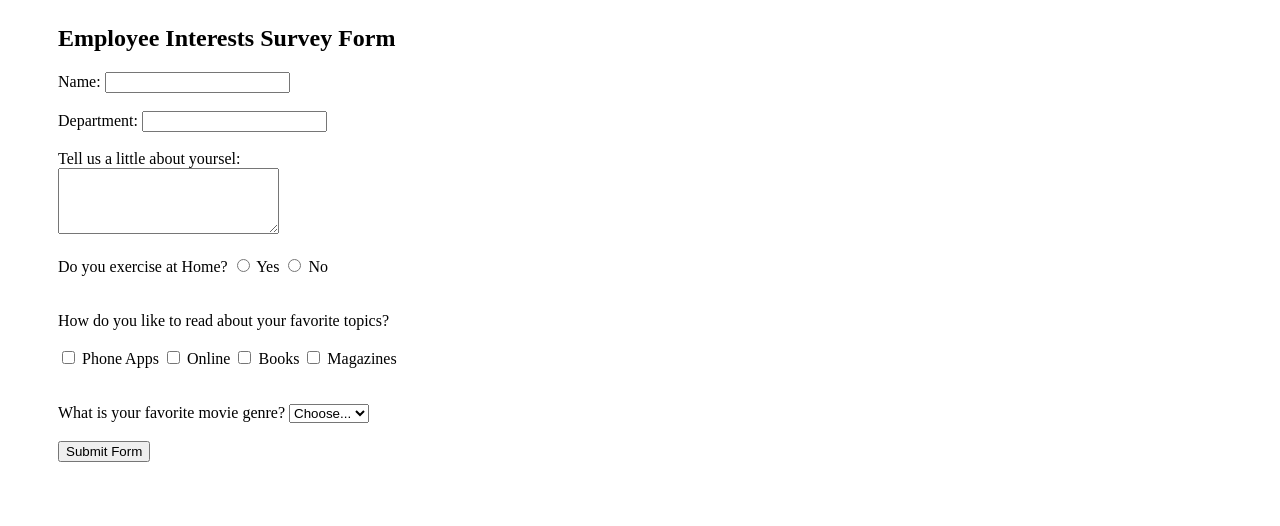
Repository: JoaoLemesDEV/Exercise-Survey-Form
Page: index.html
The author's editor kept a copy of each file at every save. The page is drawn from the files as they stood at one save, then again after a run of saves.
The browser window is 1280 px wide. The pictures show the whole page.

Above is the page before, as saved 2021-10-10 18:47:38.

### index.html
<!DOCTYPE html>
<html lang="en">
  <head>
    <meta charset="UTF-8" />
    <meta http-equiv="X-UA-Compatible" content="IE=edge" />
    <meta name="viewport" content="width=device-width, initial-scale=1.0" />
    <title>Survey Form</title>
  </head>
  <style>
    form{
      margin-left: 50px;
      margin-top: 25px;
    }
  </style>
  <body>
    <form action="">
      <h2>Employee Interests Survey Form</h2>
      <label for="name">Name: </label>
      <input type="text" name="name" id="" required /><br /><br />
      <label for="dep">Department:</label>
      <input type="text" name="dep" id="" required /><br /><br />
      <label for="message">Tell us a little about yoursel:</label><br />
      <textarea name="message" id="message" cols="25" rows="4"></textarea
      ><br /><br />
      <label for="question01">Do you exercise at Home?</label>
      <input type="radio" name="question01" id="question01" />
      <label for="question01">Yes</label>
      <input type="radio" name="question01" id="question01" />
      <label for="question01">No</label><br /><br /><br />
      <label for="checkbox">How do you like to read about your favorite topics?</label
      ><br /><br />
      <input type="checkbox" name="" id="" />
      <label for="">Phone Apps</label>
      <input type="checkbox" name="" id="" />
      <label for="">Online</label>
      <input type="checkbox" name="" id="" />
      <label for="">Books</label>
      <input type="checkbox" name="" id="" />
      <label for="checkbox">Magazines</label><br /><br /><br />
      <label for="genre">What is your favorite movie genre?</label>
      <select name="genre" id="genre">
        <option value="genre" selected disabled hidden>Choose...</option>
        <option value="genre">Drama</option>
        <option value="genre">Terror</option>
        <option value="genre">Comedy</option>
        <option value="genre">Horror</option>
        <option value="genre">Action</option></select
      ><br /><br />
      <input type="submit" value="Submit Form" />
    </form>
  </body>
</html>

After the next 3 saves:
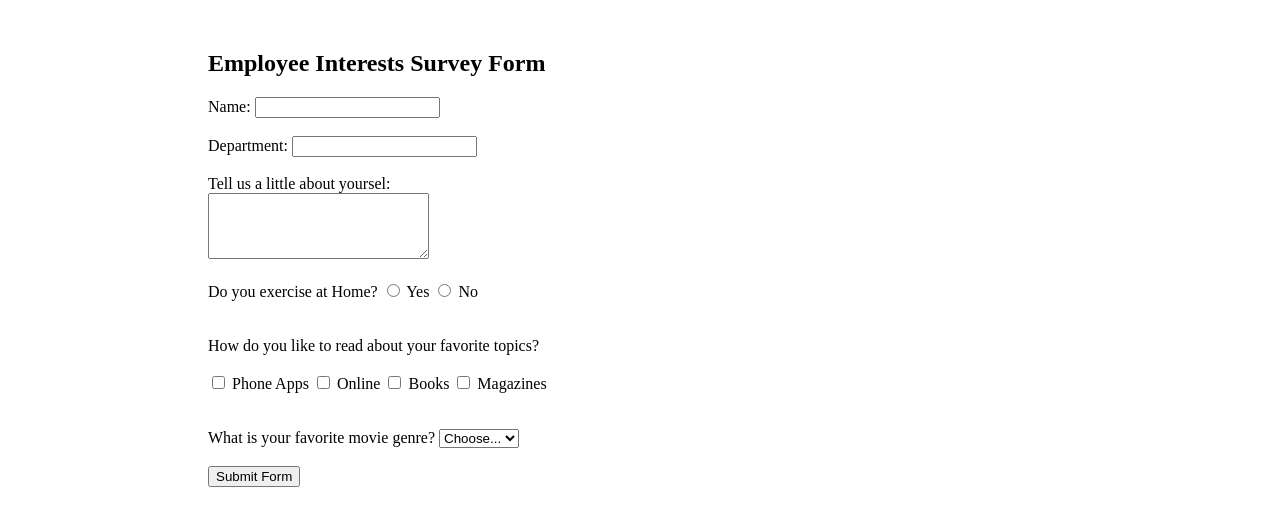
The 3 saves are shown as one change because they came seconds apart.
The last was saved 10 s later.
--- a/index.html
+++ b/index.html
@@ -8,8 +8,8 @@
   </head>
   <style>
     form{
-      margin-left: 50px;
-      margin-top: 25px;
+      margin-left: 200px;
+      margin-top: 50px;
     }
   </style>
   <body>
